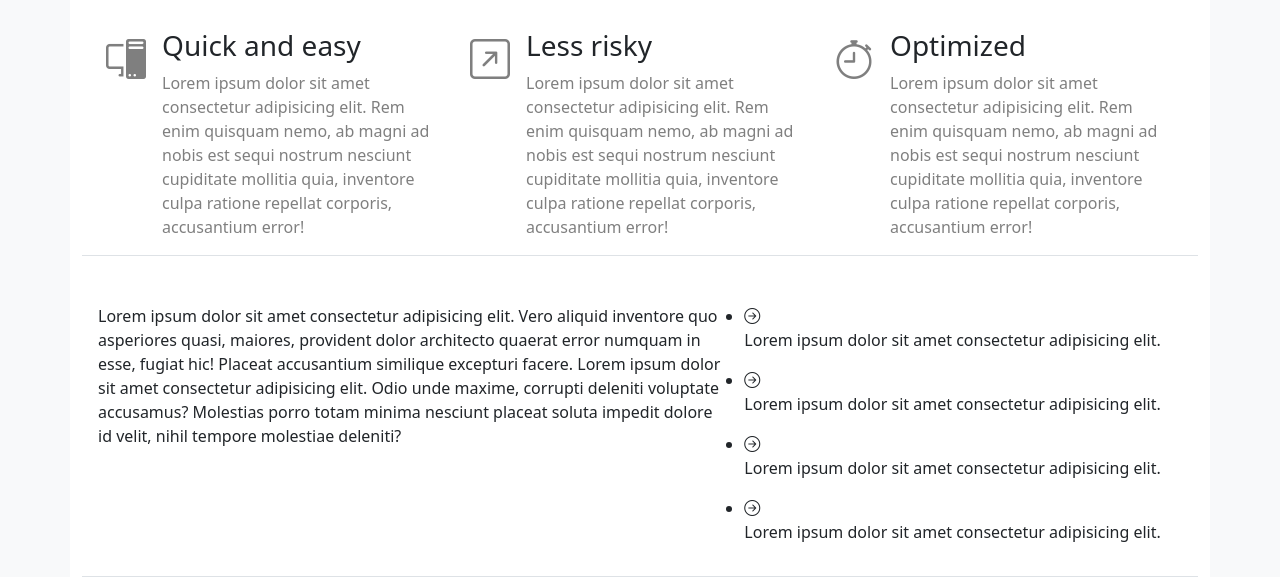
Repository: lyvandat/dh---bootstrap1
Page: index.html
These files come from the project's save history. The page is drawn as it stood at one moment and after the next save; the edit follows.
The browser window is 1280 px wide. The pictures show the part of the page from y = 545 to 1122 px (the page is 1122 px tall).
A picture or video elsewhere on the page could not be fetched, so the positions and the page height are approximate. Some web libraries are served in a nearby version.

Above is the page before, as saved 2022-11-01 20:57:19.

### index.html
<!DOCTYPE html>
<html lang="en">
  <head>
    <!-- Required meta tags -->
    <meta charset="utf-8" />
    <meta name="viewport" content="width=device-width, initial-scale=1" />

    <!-- Bootstrap CSS -->
    <link
      href="https://cdn.jsdelivr.net/npm/bootstrap@5.0.2/dist/css/bootstrap.min.css"
      rel="stylesheet"
      integrity="sha384-EVSTQN3/azprG1Anm3QDgpJLIm9Nao0Yz1ztcQTwFspd3yD65VohhpuuCOmLASjC"
      crossorigin="anonymous"
    />
    <link
      rel="stylesheet"
      href="https://cdn.jsdelivr.net/npm/bootstrap-icons@1.9.1/font/bootstrap-icons.css"
    />
    <link rel="stylesheet" href="./default.css">
    <title>Hello, world!</title>
  </head>
  <body class="bg-light">
    <div class="container bg-white">
      <section
        class="container align-items-center bg-white border-bottom border-gray py-4"
      >
        <div class="row px-0">
          <div class="col-2 d-inline-flex">
            <i class="bi bi-activity fs-3"></i>
            <h2>Target</h2>
          </div>
          <div class="col-6 d-flex align-items-center">
            <div class="text-gray font-style-italic text-black-50">
              Premium landing page templates
            </div>
          </div>
          <div class="col-3 d-flex align-items-center">
            <h3 class="fs-5">Call Now!: 1-800-123-456</h3>
          </div>
        </div>
      </section>

      <!-- intro -->
      <div class="border-bottom border-gray">
      <section class="px-3 row mt-5 d-flex align-items-stretch border-bottom border-gray pb-5">
        <div class="col-6 d-flex flex-column justify-content-between">
          <h2>The perfect way to convert your traffic into sales</h2>
          <article class="text-black-50">
            Lorem ipsum dolor sit amet consectetur adipisicing elit. Incidunt
            voluptatibus non itaque, ut aperiam necessitatibus rem impedit
            cupiditate. Eius perferendis ipsam impedit deserunt repellat
            reiciendis, error ducimus eum ratione iusto.
            <br></br>
            cupiditate. Eius perferendis ipsam impedit deserunt repellat
            reiciendis, error ducimus eum ratione iusto.
          </article>
          <div class="d-flex justify-content-center align-items-center mt-4">
            <button
              class="btn rounded-pill bg-warning bg-gradient border border-black fs-3"
            >
              Purchase now
            </button>
            <span class="d-block mx-4 fw-bold fs-6">Or</span>
            <button
              class="btn rounded-pill bg-light bg-gradient border border-black fs-3"
            >
              Take a tour
            </button>
          </div>
        </div>
        <div class="col-6">
          <img
            class="mw-100 img"
            src="https://images.unsplash.com/photo-1448375240586-882707db888b?ixlib=rb-4.0.3&ixid=MnwxMjA3fDB8MHxwaG90by1wYWdlfHx8fGVufDB8fHx8&auto=format&fit=crop&w=1170&q=80"
          />
        </div>
      </section>
    </div>

      <div class="border-bottom border-gray">
      <section class="px-4 row text-black-50 mt-5">
        <div class="col-4 d-flex align-items-start">
          <i class="bi bi-pc-display fs-1"></i>
          <div class="ms-3">
            <h3 class="text-dark">Quick and easy</h3>
            <p class="fw-medium">Lorem ipsum dolor sit amet consectetur adipisicing elit. Rem enim quisquam nemo, ab magni ad nobis est sequi nostrum nesciunt cupiditate mollitia quia, inventore culpa ratione repellat corporis, accusantium error!</p>
          </div>
        </div>
        <div class="col-4 d-flex align-items-start">
          <i class="bi bi-arrow-up-right-square fs-1"></i>
          <div class="ms-3">
            <h3 class="text-dark">Less risky</h3>
            <p class="fw-medium">Lorem ipsum dolor sit amet consectetur adipisicing elit. Rem enim quisquam nemo, ab magni ad nobis est sequi nostrum nesciunt cupiditate mollitia quia, inventore culpa ratione repellat corporis, accusantium error!</p>
          </div>
        </div>
        <div class="col-4 d-flex align-items-start ">
          <i class="bi bi-stopwatch fs-1"></i>
          <div class="ms-3">
            <h3 class="text-dark">Optimized</h3>
            <p class="fw-medium">Lorem ipsum dolor sit amet consectetur adipisicing elit. Rem enim quisquam nemo, ab magni ad nobis est sequi nostrum nesciunt cupiditate mollitia quia, inventore culpa ratione repellat corporis, accusantium error!</p>
          </div>
        </div>
      </section>
    </div>
    <div class="border-bottom border-gray mt-5">
      <section class="row px-3 ">
        <div class="col-7">Lorem ipsum dolor sit amet consectetur adipisicing elit. Vero aliquid inventore quo asperiores quasi, maiores, provident dolor architecto quaerat error numquam in esse, fugiat hic! Placeat accusantium similique excepturi facere. Lorem ipsum dolor sit amet consectetur adipisicing elit. Odio unde maxime, corrupti deleniti voluptate accusamus? Molestias porro totam minima nesciunt placeat soluta impedit dolore id velit, nihil tempore molestiae deleniti?</div>
        <ul class="col-5">
          <li>
            <i class="bi bi-arrow-right-circle"></i>
            <p>Lorem ipsum dolor sit amet consectetur adipisicing elit.</p>
          </li>
          <li>
            <i class="bi bi-arrow-right-circle"></i>
            <p>Lorem ipsum dolor sit amet consectetur adipisicing elit.</p>
          </li>
          <li>
            <i class="bi bi-arrow-right-circle"></i>
            <p>Lorem ipsum dolor sit amet consectetur adipisicing elit.</p>
          </li>
          <li>
            <i class="bi bi-arrow-right-circle"></i>
            <p>Lorem ipsum dolor sit amet consectetur adipisicing elit.</p>
          </li>
        </ul>
      </section>
    </div>
    </div>



    <!-- Option 1: Bootstrap Bundle with Popper -->
    <script
      src="https://cdn.jsdelivr.net/npm/bootstrap@5.0.2/dist/js/bootstrap.bundle.min.js"
      integrity="sha384-MrcW6ZMFYlzcLA8Nl+NtUVF0sA7MsXsP1UyJoMp4YLEuNSfAP+JcXn/tWtIaxVXM"
      crossorigin="anonymous"
    ></script>
  </body>
</html>

Loaded but not shown: default.css (empty)

After the next save:
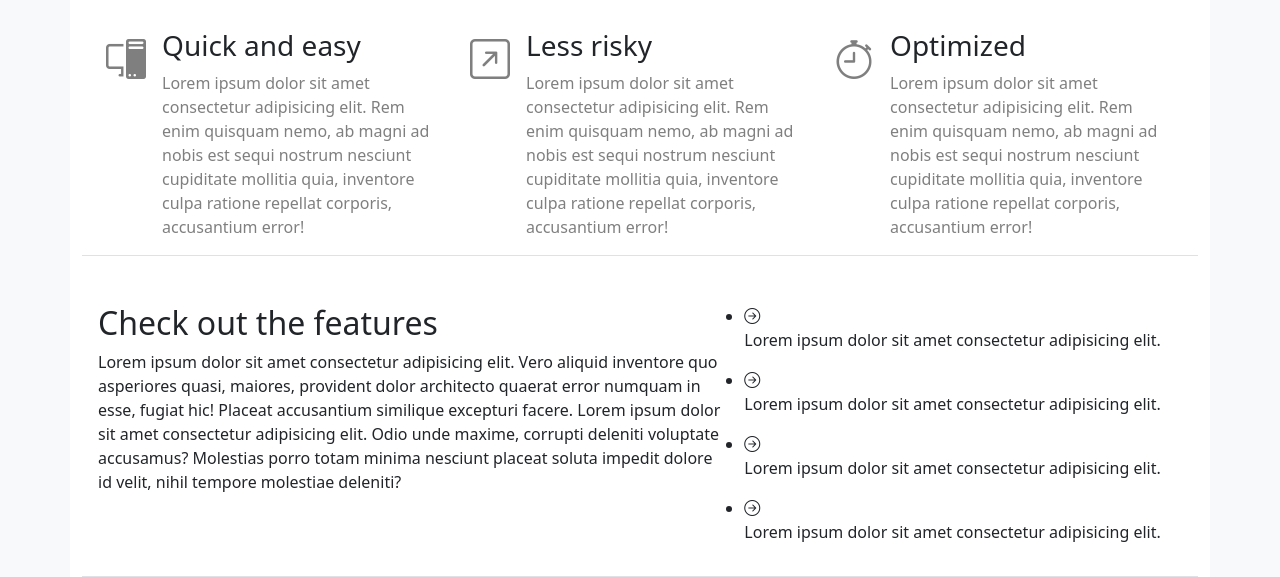
Saved 26 s later.
--- a/index.html
+++ b/index.html
@@ -104,7 +104,7 @@
     </div>
     <div class="border-bottom border-gray mt-5">
       <section class="row px-3 ">
-        <div class="col-7">Lorem ipsum dolor sit amet consectetur adipisicing elit. Vero aliquid inventore quo asperiores quasi, maiores, provident dolor architecto quaerat error numquam in esse, fugiat hic! Placeat accusantium similique excepturi facere. Lorem ipsum dolor sit amet consectetur adipisicing elit. Odio unde maxime, corrupti deleniti voluptate accusamus? Molestias porro totam minima nesciunt placeat soluta impedit dolore id velit, nihil tempore molestiae deleniti?</div>
+        <div class="col-7"><h2>Check out the features</h2>Lorem ipsum dolor sit amet consectetur adipisicing elit. Vero aliquid inventore quo asperiores quasi, maiores, provident dolor architecto quaerat error numquam in esse, fugiat hic! Placeat accusantium similique excepturi facere. Lorem ipsum dolor sit amet consectetur adipisicing elit. Odio unde maxime, corrupti deleniti voluptate accusamus? Molestias porro totam minima nesciunt placeat soluta impedit dolore id velit, nihil tempore molestiae deleniti?</div>
         <ul class="col-5">
           <li>
             <i class="bi bi-arrow-right-circle"></i>
